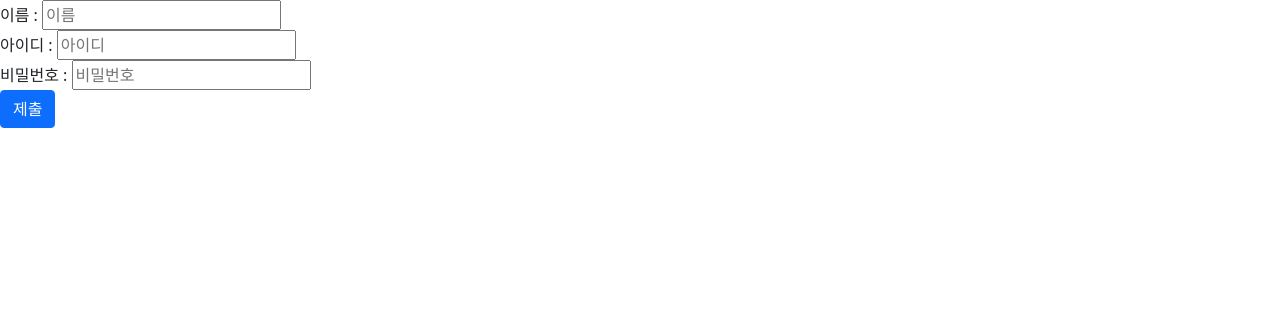
Repository: SimpleRan/jsp_paractice2
Page: http://localhost/JSPBasic/jspobject/request/req_user_form.jsp
An editor plug-in stored every save of this project. The page is shown before and after the next save, followed by the edit.
The browser window is 1280 px wide. The pictures show the whole page.
The page is served by Tomcat 9.

Above is the page before, as saved 2022-03-25 10:37:13.

### JSPBasic/src/main/webapp/jspobject/request/req_user_form.jsp
<%@ page language="java" contentType="text/html; charset=UTF-8"
    pageEncoding="UTF-8"%>
<!DOCTYPE html>

<html>
<head>
<!-- 이곳에 head사이에  bootstrap을 갖다 붙이면 좀더 세련되게 꾸밀 수 있다  -->
<link href="https://cdn.jsdelivr.net/npm/bootstrap@5.1.3/dist/css/bootstrap.min.css" rel="stylesheet" integrity="sha384-1BmE4kWBq78iYhFldvKuhfTAU6auU8tT94WrHftjDbrCEXSU1oBoqyl2QvZ6jIW3" crossorigin="anonymous">
<meta charset="UTF-8">
<title>Insert title here</title>
</head>
<body>
<%--현재 파일인 req_user_form.jsp에 폼 태그를 만들어보겠습니다.
	목적지는 함께 req_user.jsp 파일입니다. post방식으로 데이터를 전달합니다.
	먼저 이름, 아이디, 비밀번호를 입력해 보낼 수 있는 input태그를 만들어주세요.
	각 태그의 name 속성은 uname, uid, upw 입니다.
	데이터를 받아주는 req_user.jsp에서 한글이 깨지지 않도록 받아서 화면에 출력해주세요. --%>
	<form action = "http://localhost:8181/JSPBasic/jspobject/request/req_user.jsp" method="post">
	이름 : <input type= "text" name="uname" placeholder="이름"/><br/>
	아이디 : <input type= "text" name="uid" placeholder="아이디"/><br/>
	비밀번호 : <input type= "password" name="upw"placeholder="비밀번호"/><br/>

		<input type= "submit" class="btn btn-primary" value="제출"/>
  </form>
</body>
</html>

After the next save:
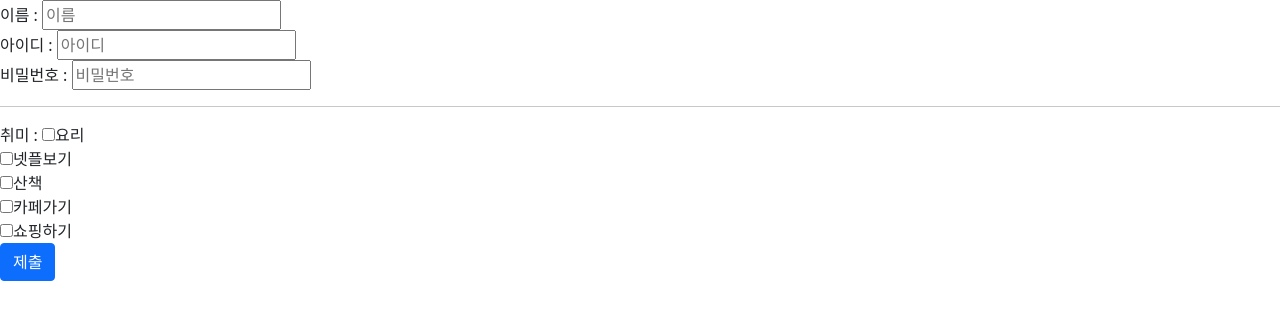
Saved 101 s later.
--- a/JSPBasic/src/main/webapp/jspobject/request/req_user_form.jsp
+++ b/JSPBasic/src/main/webapp/jspobject/request/req_user_form.jsp
@@ -19,6 +19,14 @@
 	이름 : <input type= "text" name="uname" placeholder="이름"/><br/>
 	아이디 : <input type= "text" name="uid" placeholder="아이디"/><br/>
 	비밀번호 : <input type= "password" name="upw"placeholder="비밀번호"/><br/>
+	<hr/>
+
+	취미 :
+		<input type= "checkbox" name="hobby">요리 &nbsp; <br/>
+		<input type= "checkbox" name="hobby">넷플보기 &nbsp; <br/>
+		<input type= "checkbox" name="hobby">산책 &nbsp; <br/>
+		<input type= "checkbox" name="hobby">카페가기 &nbsp; <br/>
+		<input type= "checkbox" name="hobby">쇼핑하기 &nbsp; <br/>
 
 		<input type= "submit" class="btn btn-primary" value="제출"/>
   </form>
